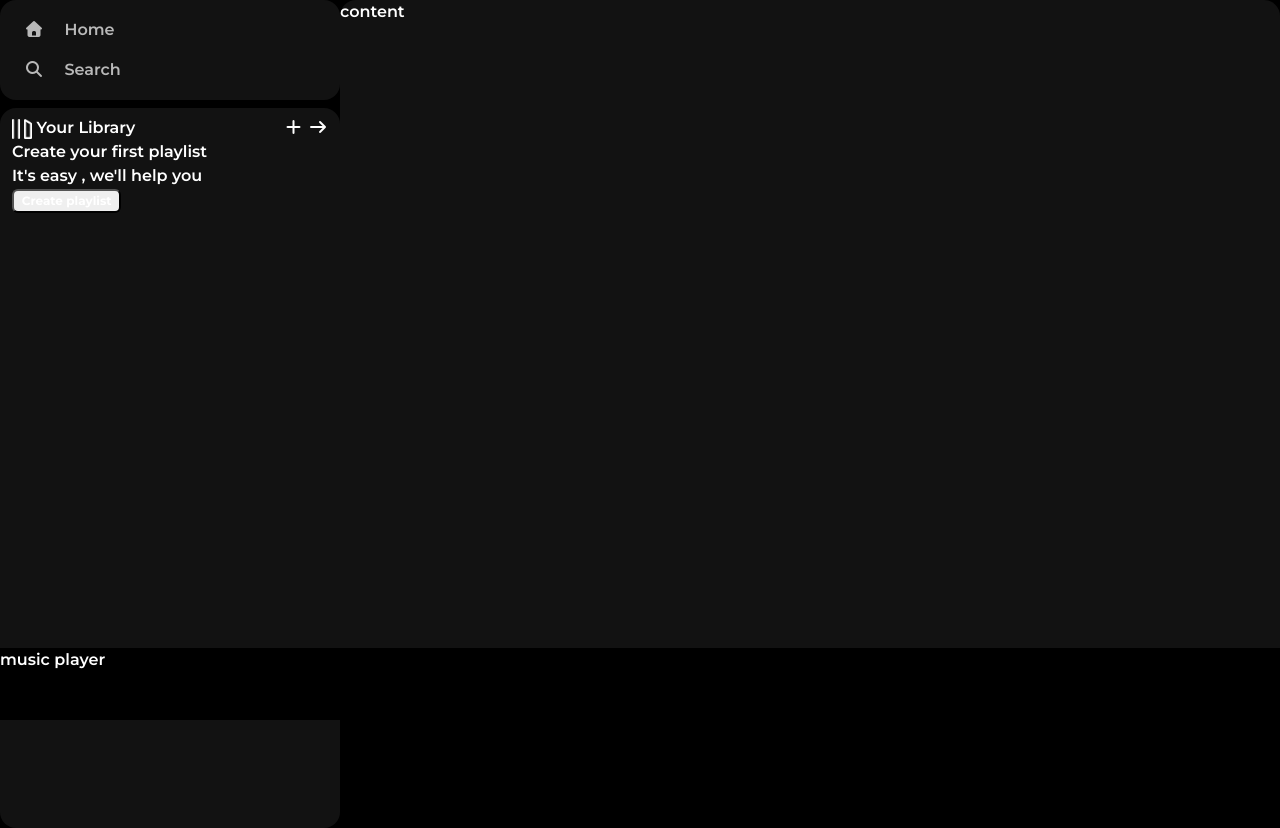
Repository: ketanBisht/spotifyFrontEnd
Page: index.html
These files come from the project's save history. The page is drawn as it stood at one moment and after the next save; the edit follows.
The browser window is 1280 px wide. The pictures show the whole page.
Some web fonts or font styles are not loaded; a fallback is used. Some web libraries are served in a nearby version.

Above is the page before, as saved 2025-08-19 19:58:20.

### index.html
<!DOCTYPE html>
<html lang="en">
<head>
    <meta charset="UTF-8">
    <meta name="viewport" content="width=device-width, initial-scale=1.0">
    <link rel="stylesheet" href="https://cdnjs.cloudflare.com/ajax/libs/font-awesome/7.0.0/css/all.min.css" integrity="sha512-DxV+EoADOkOygM4IR9yXP8Sb2qwgidEmeqAEmDKIOfPRQZOWbXCzLC6vjbZyy0vPisbH2SyW27+ddLVCN+OMzQ==" crossorigin="anonymous" referrerpolicy="no-referrer" />
    <link href="https://cdn.jsdelivr.net/npm/bootstrap@5.3.7/dist/css/bootstrap.min.css" rel="stylesheet" integrity="sha384-LN+7fdVzj6u52u30Kp6M/trliBMCMKTyK833zpbD+pXdCLuTusPj697FH4R/5mcr" crossorigin="anonymous">
    <link rel="stylesheet" href="style.css">
    <link rel="icon" href="./assets/logo.png">
    <title> front end clone</title>
    <link rel="preconnect" href="https://fonts.googleapis.com">
    <link rel="preconnect" href="https://fonts.gstatic.com" crossorigin>
    <link href="https://fonts.googleapis.com/css2?family=Fira+Code:wght@300..700&family=IBM+Plex+Serif:ital,wght@0,100;0,200;0,300;0,400;0,500;0,600;0,700;1,100;1,200;1,300;1,400;1,500;1,600;1,700&family=Libertinus+Serif:ital,wght@0,400;0,600;0,700;1,400;1,600;1,700&family=Montserrat:ital,wght@0,100..900;1,100..900&family=Mukta:wght@200;300;400;500;600;700;800&family=Open+Sans:ital,wght@0,300..800;1,300..800&display=swap" rel="stylesheet">

</head>
<body>
    <div class="main">
        <div class="sideBar">
            <div class="nav">
                <div class="navOption">
                    <i class="fa-solid fa-house"></i>
                    <a href="">Home</a>
                </div>
                <div class="navOption">
                    <i class="fa-solid fa-magnifying-glass"></i>
                    <a href="">Search</a>
                </div>
            </div>
            <div class="library">
                <div class="options">
                    <div class="libOption">
                        <img src="./assets/library_icon.png">
                        <a href="a">Your Library</a>
                    </div>
                    <div class="icons">
                        <i class="fa-solid fa-plus"></i>
                        <i class="fa-solid fa-arrow-right"></i>
                    </div>
                </div>
                <div class="libBox">
                    <div class="box">
                        <div class="box1">Create your first playlist</div>
                        <div class="box2">It's easy , we'll help you</div>
                        <button class="badge">Create playlist</button>

                    </div>
                </div>
            </div>
        </div>
        <div class="mainContent">content</div>
        <div class="player">music player</div>
    </div>



    <script src="https://cdn.jsdelivr.net/npm/bootstrap@5.3.7/dist/js/bootstrap.bundle.min.js" integrity="sha384-ndDqU0Gzau9qJ1lfW4pNLlhNTkCfHzAVBReH9diLvGRem5+R9g2FzA8ZGN954O5Q" crossorigin="anonymous"></script>
</body>
</html>

### style.css
body{
  font-family: "Montserrat", sans-serif;
  font-optical-sizing: auto;
  font-weight: 512;
  font-style: normal;
  background-color: black;
  color: white;
  overflow: hidden;
}

.main{
    display: flex;
    height: 100vh;
}

.sideBar{
    width: 340px;
    border-radius: 1rem;
    -webkit-border-radius: 1rem;
    -moz-border-radius: 1rem;
    -ms-border-radius: 1rem;
    -o-border-radius: 1rem;
}

.mainContent{
    flex: 1;
    border-radius: 1rem;
    -webkit-border-radius: 1rem;
    -moz-border-radius: 1rem;
    -ms-border-radius: 1rem;
    -o-border-radius: 1rem;
    overflow: auto;
    background-color: #121212;
}

.player{
    position: fixed;
    bottom:0;
    width: 100%;
    height: 72px;
    background-color: black;
}
a{
    text-decoration: none;
    color: white;
}

.nav{
    background-color: #121212;
    border-radius: 1rem;
    -webkit-border-radius: 1rem;
    -moz-border-radius: 1rem;
    -ms-border-radius: 1rem;
    -o-border-radius: 1rem;
    display: flex;
    flex-direction: column;
    justify-content: center;
    height: 100px;
    padding: 0.5rem 0.75rem;
}
.navOption{
    line-height: 2.5rem;
    opacity: 0.7;
    padding-left: 0.75rem;
}

.navOption:hover{
    opacity: 1;
}

.navOption i{
    font: size 1.25rem;
}

.navOption a{
    font-size: 1rem;
    margin-left: 1rem;

}

.library{
    background-color: #121212;
    border-radius: 1rem;
    height: 100%;
    margin-top: 0.5rem;
    padding: 0.5rem 0.75rem;
}

.options{
    display: flex;
    justify-content: space-between;
    align-items: center;
}

.libOption img{
    height: 1.25rem;
    width: 1.25rem;
}

After the next save:
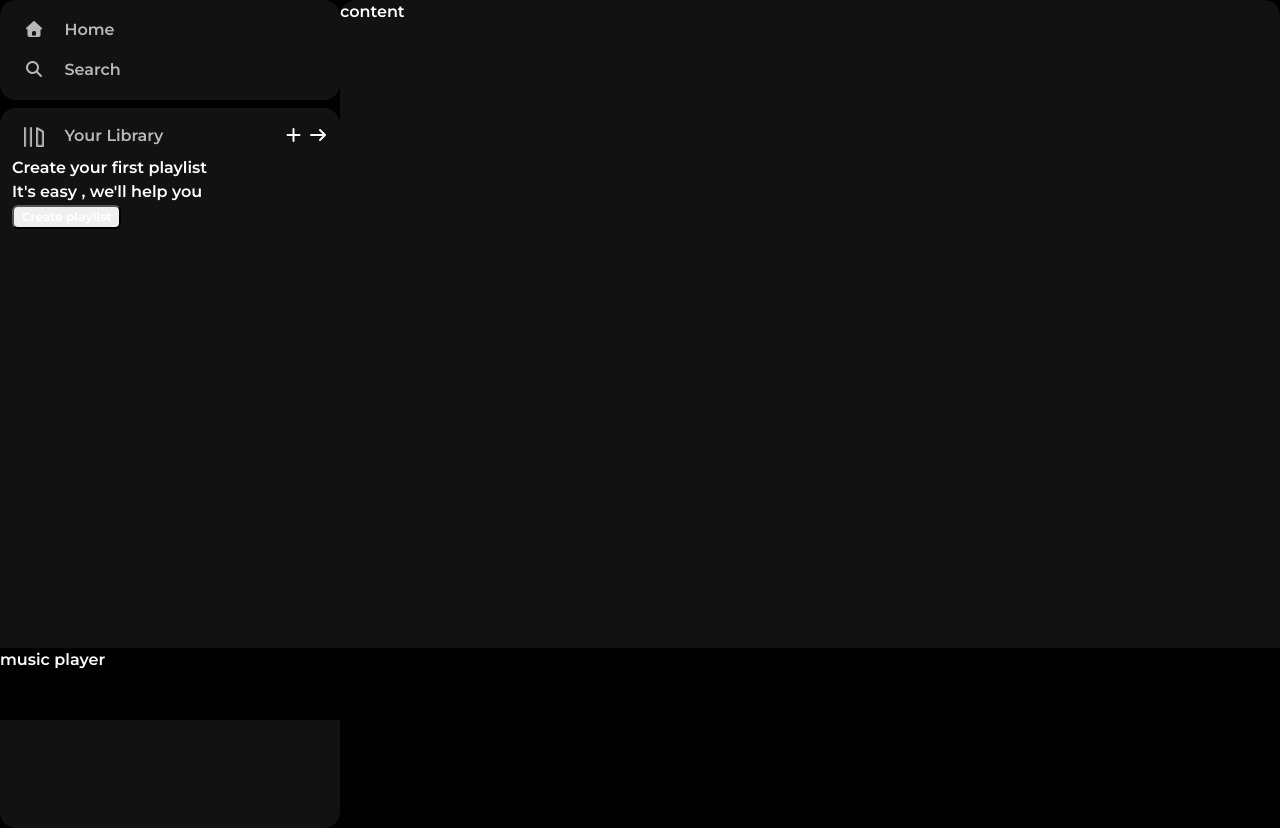
Saved 19 s later.
--- a/index.html
+++ b/index.html
@@ -28,7 +28,7 @@
             </div>
             <div class="library">
                 <div class="options">
-                    <div class="libOption">
+                    <div class="libOption navOption">
                         <img src="./assets/library_icon.png">
                         <a href="a">Your Library</a>
                     </div>
